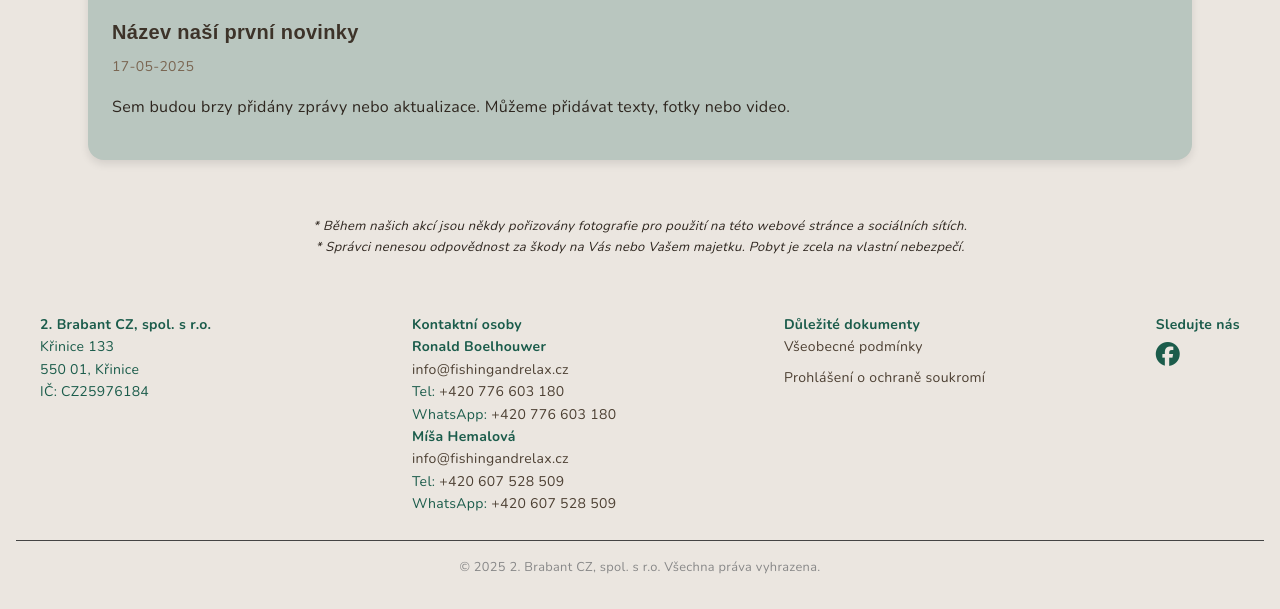
Repository: DanielleFiene/FishingAndRelax
Page: cz/novinky.html
An editor plug-in stored every save of this project. The page is shown before and after the next save, followed by the edit.
The browser window is 1280 px wide. The pictures show the part of the page from y = 2180 to 2789 px (the page is 2789 px tall).
Some web fonts or font styles are not loaded; a fallback is used. Some web libraries are served in a nearby version.

Above is the page before, as saved 2025-07-21 13:02:12.

### cz/novinky.html
<!DOCTYPE html>
<html lang="cs">
<head>
    <meta charset="UTF-8">
    <meta name="viewport" content="width=device-width, initial-scale=1.0">
    <meta http-equiv="X-UA-Compatible" content="ie=edge">
    <meta name="author" content="Danielle Fiene">
    <meta name="description" content="Rybaření a relaxace u přírodních rybníků v České republice s hostiteli, kteří mluví německy, anglicky, česky a nizozemsky.">
    <meta name="keywords" content="přírodní rybníky Česká republika, lov kaprů, lov pstruhů, dovolená v přírodě, rekreační ubytování, dovolená Česko, přírodní útočiště, rybářská dovolená, ubytování pro rodiny, soukromé rybářské revíry, víkendové pobyty Česko, ubytování vhodné pro rodiny, chaty, apartmány Česko">
    <link rel="apple-touch-icon" sizes="180x180" href="">
    <link rel="icon" type="image/png" sizes="32x32" href="">
    <link rel="icon" type="image/png" sizes="16x16" href="">
    <script src="https://kit.fontawesome.com/56e9e1144f.js" crossorigin="anonymous"></script>
    <link href="../resources/CSS/normalize.css" rel="stylesheet" type="text/css">
    <link rel="stylesheet" href="../resources/CSS/styleNieuws.css" type="text/css">
    <title>FishingAndRelax.cz | Rybolov a přírodní pobyty v České republice</title>
</head>

<body>
<main>
<!-- header -->
<header class="header" id="header">
  <nav class="nav container">
    <div class="nav__left">
      <div class="nav__logo">
        <a href="./index.html" class="logo-link"><img src="../resources/Images/logo/final rechthoek.png" alt="Logo Fishing And Relax.cz" class="logo"></a>
      </div>
    </div>

    <div class="nav__center">
      <div class="nav__hamburger" id="hamburger-icon">
        <i class="fas fa-bars"></i>
      </div>

      <div class="nav__menu" id="nav-menu">
        <ul class="nav__list">
          <li class="nav__item"><a href="./rybareni.html" class="nav__link">Rybaření</a></li>
          <li class="nav__item"><a href="./relaks.html" class="nav__link">Odpočinek</a></li>
          <li class="nav__item"><a href="./novinky.html" class="nav__link">Novinky a aktualizace</a></li>
          <li class="nav__item"><a href="./ceny.html" class="nav__link">Ceny a podmínky</a></li>
          <li class="nav__item"><a href="./kontakt.html" class="nav__link">Kontakt</a></li>
        </ul>
      </div>
    </div>

    <div class="nav__right">
      <div class="nav__flags">
        <a href="../en/index.html" class="lang-option"><img src="../resources/Images/Flag_of_the_United_Kingdom.svg.webp" alt="English"></a>
        <a href="../cz/index.html" class="lang-option"><img src="../resources/Images/Flag_of_the_Czech_Republic.svg.png" alt="Czech"></a>
        <a href="../de/index.html" class="lang-option"><img src="../resources/Images/Flag_of_Germany.svg.png" alt="Deutsch"></a>
        <a href="../pl/index.html" class="lang-option"><img src="../resources/Images/Flag_of_Poland.svg.png" alt="Polski"></a>
        <a href="../nl/index.html" class="lang-option"><img src="../resources/Images/Flag_of_the_Netherlands.svg.webp" alt="Nizozemština"></a>
      </div>
    </div>
  </nav>
</header>

<!-- Hero Section -->
<section class="hero" id="hero">
  <img src="../resources/Images/Overzicht1.webp" alt="Hero obrázek" class="hero__image" />
  <div class="hero__content container">
    <!-- Tvůj obsah zde -->
  </div>
</section>

<section class="start-text section" id="start-text">
  <div class="start-text__container container">
    <h2 class="start-text__title">Novinky, fotky a momenty od nás</h2>
    <div class="start-text__intro">
      <p class="start-text__description">
        Na této stránce najdete vše, co se děje u Fishing and Relax. Od večerů u ohně přes výlety do hor, od tlustých kaprů až po nečekaná setkání s jeleny při východu slunce. Žádné uhlazené blogy, ale pravé příběhy, aktualizace a fotky – tak, jak to tady opravdu je.
      </p>
      <p class="start-text__description">
        Sdílíme nadcházející akce, pěkné úlovky, chvíle relaxace, dny údržby a tipy na výlety v okolí.
      </p>
      <p class="start-text__description">
        Občas se sem přijďte podívat, tady se vždy něco děje. A kdo ví, možná se brzy objevíte mezi fotkami i vy – s bahnem na botách a dobrým příběhem.
      </p>
    </div>
    <div class="start-text__image-wrapper">
      <img src="../resources/Images/kampvuur.jpg" alt="Večer u ohně u Fishing and Relax" class="start-text__image" />
    </div>
  </div>
</section>

<section class="news-items section" id="news-items">
  <div class="news-items__container container">
                <div class="news-items__intro">
                    <h2 class="news-items__title">Všechny naše zážitky</h2>
                    <p class="news-items__description">Buďte v obraze o našich nejnovějších příbězích a krásných fotkách.</p>
                </div>
    <article class="news-item">
      <img src="../resources/Images/Ponds1.png" alt="Rybníky" />
      <h3 class="news-item-title">Název naší první novinky</h3>
      <time class="news-item-date" datetime="2025-05-17">17-05-2025</time>
      <p class="news-item-description">
        Sem budou brzy přidány zprávy nebo aktualizace. Můžeme přidávat texty, fotky nebo video.
      </p>
    </article>
  </div>
</section>

<!--=====================Disclaimer fotos maken===================-->
<div class="disclaimer">
  <div class="disclaimer__container">
    <p class="disclaimer__text">
  * Během našich akcí jsou někdy pořizovány fotografie pro použití na této webové stránce a sociálních sítích. <br>
  * Správci nenesou odpovědnost za škody na Vás nebo Vašem majetku. Pobyt je zcela na vlastní nebezpečí.
</p>
  </div>
</div>

<!-- Footer -->
<footer class="footer">
  <div class="footer__container container">
    <div class="footer__company">
      <h4>2. Brabant CZ, spol. s r.o.</h4>
      <p>Křinice 133</p>
      <p>550 01, Křinice</p>
      <p>IČ: CZ25976184</p>
    </div>

    <div class="footer__contact">
      <h4>Kontaktní osoby</h4>
      <p><strong>Ronald Boelhouwer</strong><br>
        <a href="mailto:info@fishingandrelax.cz">info@fishingandrelax.cz</a><br>
        Tel: <a href="tel:+420776603180">+420 776 603 180</a><br>
        WhatsApp: <a href="https://wa.me/420776603180" target="_blank">+420 776 603 180</a>
      </p>
      <p><strong>Míša Hemalová</strong><br>
        <a href="mailto:info@fishingandrelax.cz">info@fishingandrelax.cz</a><br>
        Tel: <a href="tel:+420607528509">+420 607 528 509</a><br>
        WhatsApp: <a href="https://wa.me/420607528509" target="_blank">+420 607 528 509</a>
      </p>
    </div>

    <div class="footer__links">
      <h4>Důležité dokumenty</h4>
      <ul>
        <li><a href="../resources/PDF/general-conditions-cs.pdf" target="_blank" rel="noopener noreferrer">Všeobecné podmínky</a></li>
        <li><a href="../resources/PDF/privacy-policy-cs.pdf" target="_blank" rel="noopener noreferrer">Prohlášení o ochraně soukromí</a></li>
      </ul>
    </div>

    <div class="footer__social">
      <h4>Sledujte nás</h4>
      <a href="https://facebook.com/share/1BcMVMxNSM/?mibexid=wwXlfr" target="_blank" rel="noopener noreferrer" aria-label="Facebook">
        <i class="fa-brands fa-facebook"></i>
      </a>
    </div>
  </div>

  <div class="footer__copyright">
    <p>&copy; 2025 2. Brabant CZ, spol. s r.o. Všechna práva vyhrazena.</p>
  </div>
</footer>
</div>
<script src="../resources/JS/hamburger.js"></script>

</body>
</html>

### resources/CSS/styleNieuws.css
/*=============== GOOGLE FONTS ===============*/
@import url('https://fonts.googleapis.com/css2?family=Quicksand:wght@300;400;500;600;700&display=swap');
@import url('https://fonts.googleapis.com/css2?family=Nunito:wght@200;300;400;600;700&display=swap');
@import url('https://fonts.googleapis.com/css2?family=Sansation&display=swap');

/*=============== VARIABLES CSS ===============*/
:root {
    --header-height: 3.5rem;

    --first-color: hsl(30, 20%, 25%);
    --first-color-alt: hsl(25, 40%, 20%);
    --first-color-light: hsl(35, 50%, 70%);
    --first-color-lighten: hsl(35, 50%, 90%);

    --second-color: hsl(200, 80%, 40%); /* Deep blue for water elements, giving a fresh, calming touch */

    --title-color: hsl(30, 20%, 20%); /* Rich earthy brown for titles to maintain readability and warmth */
    --text-color: hsl(30, 20%, 15%); /* Darker brownish-gray for main text, more contrast */
    --text-color-light: hsl(30, 20%, 40%); /* Darker brownish-gray for secondary text to increase legibility */

    --border-color: hsl(35, 50%, 70%); /* Soft greenish hue for borders, complementing the nature theme */
    --body-color: hsl(30, 20%, 90%);
    --container-color1: hsl(150, 10%, 75%);
    --container-color2: hsl(60, 20%, 70%);




  /*========== Font and typography ==========*/
  /*.5rem = 8px | 1rem = 16px ...*/
  --body-font: 'Nunito', sans-serif;
  --heading-font: 'Quicksand', sans-serif;
  --heading-font2: 'Sansation', sans-serif;
  --biggest-font-size: 2.25rem;
  --h1-font-size: 1.5rem;
  --h2-font-size: 1.25rem;
  --h3-font-size: 1rem;
  --normal-font-size: .938rem;
  --small-font-size: .813rem;
  --smaller-font-size: .75rem;

  /*========== Font weight ==========*/
  --font-medium: 500;
  --font-semi-bold: 600;

  /*========== z index ==========*/
  --z-tooltip: 10;
  --z-fixed: 100;
}

/* Responsive typography */
@media screen and (min-width: 1024px) {
  :root {
    --biggest-font-size: 4rem;
    --h1-font-size: 2.25rem;
    --h2-font-size: 1.5rem;
    --h3-font-size: 1.25rem;
    --normal-font-size: 1rem;
    --small-font-size: .875rem;
    --smaller-font-size: .813rem;
  }
}


/*=============== BASE ===============*/
* {
  box-sizing: border-box;
  padding: 0;
  margin: 0;
}

html {
  scroll-behavior: smooth;
  width: 100%;
  overflow-x: hidden;
}

body {
  font-family: var(--body-font);
  font-size: var(--normal-font-size);
  background-color: var(--body-color);
  color: var(--text-color);
  width: 100%;
  overflow-x: hidden;
  line-height: 1.6;
  letter-spacing: 0.02em;
}

h1,
h2,
h3 {
  color: var(--title-color);
  font-weight: var(--font-semi-bold);
  font-family: var(--heading-font2);
}

ul {
  list-style: none;
}

a {
  position: relative;
  text-decoration: none;
  transition: .3s;
  color: var(--first-color);
}

a::after {
  content: '';
  position: absolute;
  bottom: 0;
  left: 0;
  width: 0%;
  height: 2px;
  background-color: var(--text-color);
  transition: width 0.3s ease;
}

/* Voorkom hover-lijn bij logo, vlaggen en knoppen */
a.logo-link::after,
.nav__flags a::after,
.contact-knop::after,
.homepage__card-button::after {
  display: none !important;
}

a:hover {
}

a:hover::after {
  width: 100%;
}

img {
  max-width: 100%;
  height: auto;
}

input,
button {
  font-family: var(--body-font);
  outline: none;
  border: none;
}

/*=============== REUSABLE CSS CLASSES ===============*/
.container {
  max-width: 1600px;
  margin-left: 1.5rem;
  margin-right: 1.5rem;
}


.grid {
  display: grid;
}

.section {
  padding: 4.5rem 0 2rem;
}

.section__title {
  font-size: var(--h2-font-size);
  margin-bottom: 1rem;
}

.section__title span {
  color: var(--second-color);
}

.section__subtitle {
  display: block;
  font-size: var(--small-font-size);
  color: var(--second-color);
}

.main {
  overflow: hidden;
}

/*=============== HEADER & NAV ===============*/

nav.container {
  display: flex;
  justify-content: space-around;
  align-items: center;
  background-color: var(--body-color);
  padding: 30px 0;
  position: relative;
}

/* Nieuwe wrappers voor betere positionering */
.nav__left,
.nav__center,
.nav__right {
  display: flex;
  align-items: center;
}

/* Center de navigatie-items */
.nav__center {
  flex: 1;
  justify-content: center;
}

/* Logo link */
.nav__left .logo-link {
  font-weight: bold;
  font-size: 18px;
  text-decoration: none;
}

/* Styling for logo */
.nav__logo .logo {
  width: 170px;
  height: auto;
  margin-right: 10px;
  border-radius: 5px;
}

/* Menu styling */
.nav__menu {
  display: flex;
  align-items: center;
  justify-content: center;
}

.nav__list {
  display: flex;
  list-style: none;
  gap: 80px;
}

.nav__item .nav__link {
  text-decoration: none;
  font-weight: 600;
  font-size: 18px;
}

/* Vlaggen rechts */
.nav__right {
  display: flex;
  align-items: center;
  gap: 20px;
}

/* Flags container */
.nav__flags {
  display: flex;
  align-items: center;
  gap: 10px;
}

.nav__flags .lang-option img {
  width: 25px;
  height: 25px;
  border-radius: 50%;
  border: 1.2px solid #333;
  box-shadow: 0 2px 5px rgba(0, 0, 0, 0.2);
  transition: transform 0.3s ease;
}

.nav__flags .lang-option:hover img {
  transform: scale(1.15);
}



/* Hamburger Icon */
.nav__hamburger {
  display: none;
  font-size: 24px;
  cursor: pointer;
}

/* ========== RESPONSIVE MENU ========== */
@media screen and (max-width: 768px) {
  nav.container {
    flex-direction: column;
    align-items: flex-start;
  }

  .nav__center {
    width: 100%;
    order: 2;
  }

  .nav__menu {
    display: none;
    flex-direction: column;
    align-items: center;
    margin: auto 0;
    width: 100%;
    padding: 20px;
    box-shadow: 0 4px 10px rgba(0, 0, 0, 0.1);
    z-index: 1000;
  }

  .nav__menu.open {
    display: flex;
  }

  .nav__list {
    flex-direction: column;
    align-items: center;
    gap: 15px;
  }

  .nav__right {
    order: 3;
    width: 100%;
    justify-content: center;
    margin-top: 15px;
    flex-wrap: wrap;
  }

  .nav__hamburger {
    display: block;
    position: absolute;
    top: 20px;
    right: 20px;
  }
}

/*=============== HAMBURGER MENU ===============*/

/* Hide the regular menu on small screens by default */
.nav__menu {
  display: flex;
}

/* Hide the regular menu on small screens */
.nav__hamburger {
  display: none;
  cursor: pointer;
  width: 30px;
  height: 30px;
  position: absolute;
  top: 20px;
  right: 20px;
}

/* Hamburger bars style */
.nav__hamburger div {
  width: 100%;
  height: 5px;
  background-color: var(--first-color);
  margin: 5px 0;
  transition: all 0.3s ease;
}

/* Mobile menu styling when active */
.nav__menu.open {
  display: flex;
  flex-direction: column;
  position: absolute;
  top: 80px;
  background-color: white;
  padding: 5px;
  border-radius: 5px;
  box-shadow: 0 2px 10px rgba(0, 0, 0, 0.1);
  z-index: 999;
}

/* Add a slight animation for the items when the menu is open */
.nav__menu.open .nav__item {
  margin: 10px 0;
  text-align: center;
}

/* Style the links inside the mobile menu */
.nav__menu.open .nav__link {
  font-size: 18px;
  padding: 10px;
}

/* ================== Media query for small screens ================== */
@media screen and (max-width: 768px) {
  /* Hide the regular nav menu */
  .nav__menu {
    display: none;
  }

  /* Show the hamburger icon on small screens */
  .nav__hamburger {
    display: block;
  }

  /* When the menu is open, show it */
  .nav__menu.open {
    display: flex;
  }

  .nav__flags {
    margin-left: 0; /* Remove margin for flags on small screens */
    margin-top: 10px; /* Adds spacing for better layout */
  }
}


/* ================ Hero Section Styles ==================== */
/* Basis styling hero sectie */
.hero {
  position: relative;
  width: 100%;
  height: 900px;
  overflow: hidden;
  display: flex;
  align-items: center;
  justify-content: center;
}

/* Hero afbeelding styling */
.hero__image {
  position: absolute;
  top: 0;
  left: 0;
  width: 100%;
  height: 100%;
  object-fit: cover;
  z-index: 1;
}

/* Hero content styling */
.hero__content {
  position: relative;
  z-index: 2;
  color: white;
  text-align: center;
  padding: 1rem;
  max-width: 90%;
  margin: 0 auto;
}

/* Responsive aanpassingen */

/* Kleinere schermen */
@media (max-width: 768px) {
  .hero {
    height: 40vh;
  }
  .hero__content {
    max-width: 95%;
    font-size: 1rem;
  }
}

/* Nog kleinere schermen */
@media (max-width: 480px) {
  .hero {
    height: 30vh;
  }
  .hero__content {
    font-size: 0.9rem;
    padding: 0.5rem;
  }
}

/* ======================Start text homepage Styles=========================== */

.start-text {
    padding: 2rem 0;
    margin-top: 3rem;
}

.start-text__container {
    display: flex;
    align-items: center;
    text-align: left;
    justify-content: center;
    flex-direction: row;
    gap: 2rem;
    max-width: 1000px;
    flex-wrap: wrap;
    margin: 0 auto;
    padding: 0 1rem;
}

.start-text__intro {
    flex: 1 1 55%;
    max-width: 600px;
}

.start-text__title {
    font-size: 2rem;
    font-weight: 600;
    margin-bottom: 2rem;
}

.start-text__description {
    font-size: 1rem;
    color: var(--text-color);
    max-width: 800px;
    margin: 0 0 1rem 0;
}

.start-text__image-wrapper {
    flex: 1 1 40%;
    display: flex;
    justify-content: flex-start;
    align-items: center;
}

.start-text__image {
    width: 100%;
    max-width: 400px;
    height: auto;
    border-radius: 1rem;
    object-fit: cover;
    box-shadow: 0 4px 8px rgba(0, 0, 0, 0.1);
}

/* Responsive styling voor kleinere schermen */
@media screen and (max-width: 768px) {
    .start-text__container {
        flex-direction: column;
        text-align: center;
    }

    .start-text__intro,
    .start-text__image-wrapper {
        max-width: 100%;
        flex: none;
    }

    .start-text__image {
        max-width: 100%;
        margin-top: 1.5rem;
    }
}

/* =================== Nieuws Styling =================== */
.news-items {
  max-width: 1200px;
  margin: 0 auto;
  padding: 2rem 1.5rem;
  display: grid;
  grid-template-columns: repeat(auto-fit, minmax(280px, 1fr));
  gap: 2rem;
}

.news-items__intro {
    margin-bottom: 3rem;
}

.news-items__title {
    font-size: 2rem;
    font-weight: 600;
    margin-bottom: 2rem;
    text-align: center;
}

.news-items__description {
    font-size: 1rem;
    color: var(--text-color);
    text-align: center;
    margin: 0 auto;
}

.news-item {
  background-color: var(--container-color1);
  border-radius: 1rem;
  box-shadow: 0 4px 8px rgba(0,0,0,0.1);
  padding: 1.5rem;
  display: flex;
  flex-direction: column;
  transition: transform 0.3s ease, box-shadow 0.3s ease;
}

.news-item:hover {
  transform: translateY(-5px);
  box-shadow: 0 8px 16px rgba(0,0,0,0.15);
}

.news-item img {
  width: 100%;
  height: 380px;
  object-fit: cover;
  object-position: center bottom;
  border-radius: 0.75rem;
  margin-bottom: 1rem;
}

.news-item-title {
  font-family: var(--heading-font2);
  font-weight: var(--font-semi-bold);
  font-size: var(--h3-font-size);
  color: var(--title-color);
  margin-bottom: 0.5rem;
}

.news-item-date {
  font-size: var(--small-font-size);
  color: var(--text-color-light);
  margin-bottom: 1rem;
}

.news-item-description {
  font-size: var(--normal-font-size);
  color: var(--text-color);
  flex-grow: 1;
  margin-bottom: 1rem;
}

/* =================== Disclaimer Styling =================== */
.disclaimer {
  padding: 1.5rem 1rem;
}

.disclaimer__container {
  max-width: 1200px;
  margin: 0 auto;
  text-align: center;
}

.disclaimer__text {
  font-size: var(--smaller-font-size);
  color: var(--text-color);
  line-height: 1.6;
  font-style: italic;
}

/* Responsive */
@media screen and (max-width: 768px) {
  .disclaimer__text {
    font-size: var(--small-font-size);
    padding: 0 1rem;
  }
}


/*===================================== Footer Styling =================================*/
.footer {
  color: #1b5c4b;
  padding: 2rem 1rem;
  font-size: var(--small-font-size);
}

.footer__container {
  display: flex;
  flex-wrap: wrap;
  justify-content: space-between;
  max-width: 1200px;
  margin: 0 auto;
  gap: 2rem;
}

.footer__company,
.footer__contact,
.footer__links {
  flex: 1 1 250px;
}

.footer__links ul {
  list-style: none;
  padding: 0;
}

.footer__links li {
  margin-bottom: 0.5rem;
}

.footer__links a {
  text-decoration: none;
}

.footer__social a {
  color: #1b5c4b;
  font-size: 1.5rem;
  text-decoration: none;
  transition: color 0.3s ease;
}

.footer__social a:hover {
  color: #0a2722 !important;
}

.footer__copyright {
  text-align: center;
  margin-top: 1.5rem;
  border-top: 1px solid #444;
  padding-top: 1rem;
  font-size: 0.8rem;
  color: #888;
}



@media (max-width: 600px) {
  .footer__container {
    flex-direction: column;
    align-items: center;
    text-align: center;
    margin-top: 3rem;
  }
}

### resources/JS/hamburger.js
  document.addEventListener('DOMContentLoaded', function () {
    const hamburger = document.getElementById('hamburger-icon');
    const navMenu = document.getElementById('nav-menu');

    hamburger.addEventListener('click', function () {
      navMenu.classList.toggle('open');
    });

    // Sluit het menu als je ergens anders klikt
    document.addEventListener('click', function (e) {
      if (!hamburger.contains(e.target) && !navMenu.contains(e.target)) {
        navMenu.classList.remove('open');
      }
    });
  });

Loaded but not shown: resources/CSS/normalize.css (library)

After the next save:
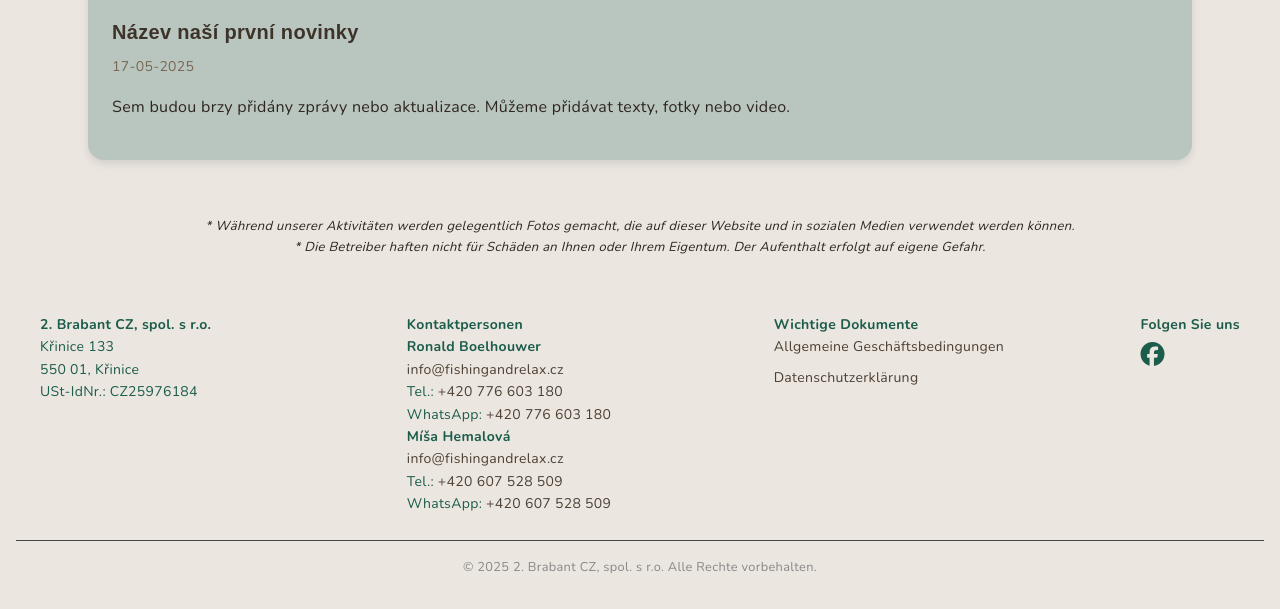
Saved 28 s later.
--- a/cz/novinky.html
+++ b/cz/novinky.html
@@ -103,9 +103,9 @@
 <!--=====================Disclaimer fotos maken===================-->
 <div class="disclaimer">
   <div class="disclaimer__container">
-    <p class="disclaimer__text">
-  * Během našich akcí jsou někdy pořizovány fotografie pro použití na této webové stránce a sociálních sítích. <br>
-  * Správci nenesou odpovědnost za škody na Vás nebo Vašem majetku. Pobyt je zcela na vlastní nebezpečí.
+<p class="disclaimer__text">
+  * Während unserer Aktivitäten werden gelegentlich Fotos gemacht, die auf dieser Website und in sozialen Medien verwendet werden können. <br>
+  * Die Betreiber haften nicht für Schäden an Ihnen oder Ihrem Eigentum. Der Aufenthalt erfolgt auf eigene Gefahr.
 </p>
   </div>
 </div>
@@ -117,33 +117,33 @@
       <h4>2. Brabant CZ, spol. s r.o.</h4>
       <p>Křinice 133</p>
       <p>550 01, Křinice</p>
-      <p>IČ: CZ25976184</p>
+      <p>USt-IdNr.: CZ25976184</p>
     </div>
 
     <div class="footer__contact">
-      <h4>Kontaktní osoby</h4>
+      <h4>Kontaktpersonen</h4>
       <p><strong>Ronald Boelhouwer</strong><br>
         <a href="mailto:info@fishingandrelax.cz">info@fishingandrelax.cz</a><br>
-        Tel: <a href="tel:+420776603180">+420 776 603 180</a><br>
+        Tel.: <a href="tel:+420776603180">+420 776 603 180</a><br>
         WhatsApp: <a href="https://wa.me/420776603180" target="_blank">+420 776 603 180</a>
       </p>
       <p><strong>Míša Hemalová</strong><br>
         <a href="mailto:info@fishingandrelax.cz">info@fishingandrelax.cz</a><br>
-        Tel: <a href="tel:+420607528509">+420 607 528 509</a><br>
+        Tel.: <a href="tel:+420607528509">+420 607 528 509</a><br>
         WhatsApp: <a href="https://wa.me/420607528509" target="_blank">+420 607 528 509</a>
       </p>
     </div>
 
     <div class="footer__links">
-      <h4>Důležité dokumenty</h4>
+      <h4>Wichtige Dokumente</h4>
       <ul>
-        <li><a href="../resources/PDF/general-conditions-cs.pdf" target="_blank" rel="noopener noreferrer">Všeobecné podmínky</a></li>
-        <li><a href="../resources/PDF/privacy-policy-cs.pdf" target="_blank" rel="noopener noreferrer">Prohlášení o ochraně soukromí</a></li>
+        <li><a href="../resources/PDF/general-conditions-cs.pdf" target="_blank" rel="noopener noreferrer">Allgemeine Geschäftsbedingungen</a></li>
+        <li><a href="../resources/PDF/Privacy policy 2.0 CS.pdf" target="_blank" rel="noopener noreferrer">Datenschutzerklärung</a></li>
       </ul>
     </div>
 
     <div class="footer__social">
-      <h4>Sledujte nás</h4>
+      <h4>Folgen Sie uns</h4>
       <a href="https://facebook.com/share/1BcMVMxNSM/?mibexid=wwXlfr" target="_blank" rel="noopener noreferrer" aria-label="Facebook">
         <i class="fa-brands fa-facebook"></i>
       </a>
@@ -151,11 +151,11 @@
   </div>
 
   <div class="footer__copyright">
-    <p>&copy; 2025 2. Brabant CZ, spol. s r.o. Všechna práva vyhrazena.</p>
+    <p>&copy; 2025 2. Brabant CZ, spol. s r.o. Alle Rechte vorbehalten.</p>
   </div>
 </footer>
 </div>
+
 <script src="../resources/JS/hamburger.js"></script>
-
 </body>
 </html>
